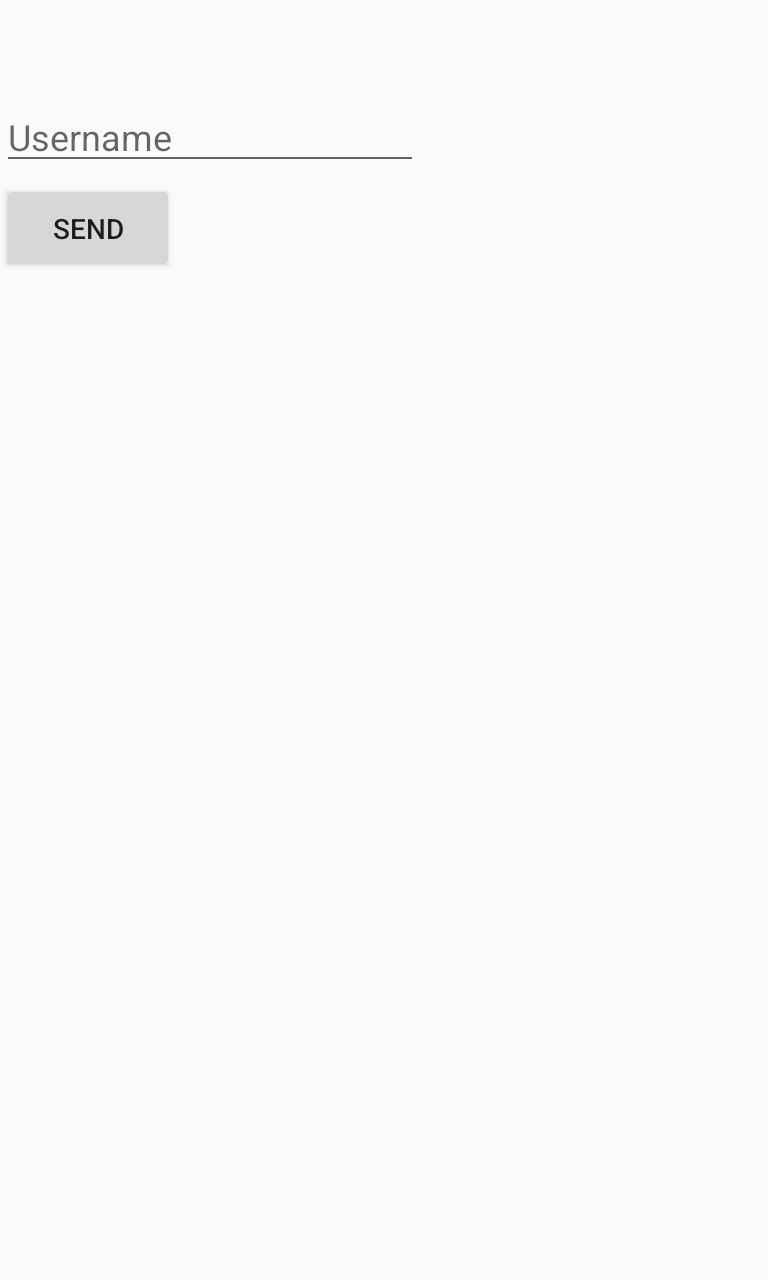
Repository: Sagarsaurus/Ecco
Layout: Ecco/res/layout/activity_home.xml
These files come from the project's save history. The layout is drawn as it stood at one moment and after the next save; the edit follows.
It is drawn on a 768 x 1280 px phone screen (xhdpi) without system bars, with theme AppTheme; the app's code is not run.

Above is the layout before, as saved 2014-11-17 02:32:16.

### Ecco/res/layout/activity_home.xml
<!-- A DrawerLayout is intended to be used as the top-level content view using match_parent for both width and height to consume the full space available. --><android.support.v4.widget.DrawerLayout xmlns:android="http://schemas.android.com/apk/res/android"
    xmlns:tools="http://schemas.android.com/tools"
    android:id="@+id/drawer_layout"
    android:layout_width="match_parent"
    android:layout_height="match_parent"
    tools:context="com.application.ecco.HomeActivity" >

    <!--
         As the main content view, the view below consumes the entire
         space available using match_parent in both dimensions.
    -->



    <FrameLayout
        android:id="@+id/container"
        android:layout_width="match_parent"
        android:layout_height="match_parent" >

    <EditText
        android:id="@+id/sendFriendRequest"
        android:layout_width="wrap_content"
        android:layout_height="wrap_content"
        android:layout_marginTop="46dp"
        android:ems="10"
        android:hint="@string/Username"/>

        <Button
            android:id="@+id/sendRequest"
            android:layout_width="wrap_content"
            android:layout_height="wrap_content"
            android:layout_marginTop="90dp"
            android:onClick="sendRequest"
            android:text="Send" />

    </FrameLayout>

    <!--
         android:layout_gravity="start" tells DrawerLayout to treat
         this as a sliding drawer on the left side for left-to-right
         languages and on the right side for right-to-left languages.
         If you're not building against API 17 or higher, use
         android:layout_gravity="left" instead.
    -->
    <!--
         The drawer is given a fixed width in dp and extends the full height of
         the container.
    -->

    <fragment
        android:id="@+id/navigation_drawer"
        android:name="com.application.ecco.NavigationDrawerFragment"
        android:layout_width="@dimen/navigation_drawer_width"
        android:layout_height="match_parent"
        android:layout_gravity="start"
        tools:layout="@layout/fragment_navigation" />

</android.support.v4.widget.DrawerLayout>

### Ecco/res/values/strings.xml
<?xml version="1.0" encoding="utf-8"?>
<resources>

    <string name="app_name">Ecco</string>
    <string name="hello_world">Hello world!</string>
    <string name="action_settings">Settings</string>
    <string name="Username">Username</string>
    <string name="Password">Password</string>
    <string name="Login">Login</string>
    <string name="createUser">Create User</string>
    <string name="title_activity_home">HomeActivity</string>
    <string name="title_section1">Section 1</string>
    <string name="title_section2">Section 2</string>
    <string name="title_section3">Section 3</string>
    <string name="navigation_drawer_open">Open navigation drawer</string>
    <string name="navigation_drawer_close">Close navigation drawer</string>
    <string name="action_example">Example action</string>
    <string name="title_activity_create_user">CreateUserActivity</string>
    <string name="Email">Email</string>
    <string name="Phone">Phone</string>
    <string name="emailhint">user@email.com</string>
    <string name="phonehint">123-456-7890</string>

</resources>

### Ecco/res/layout/fragment_navigation.xml
<ListView xmlns:android="http://schemas.android.com/apk/res/android"
    xmlns:tools="http://schemas.android.com/tools"
    android:layout_width="match_parent"
    android:layout_height="match_parent"
    android:background="#cccc"
    android:choiceMode="singleChoice"
    android:divider="@android:color/transparent"
    android:dividerHeight="0dp"
    tools:context="com.application.ecco.NavigationDrawerFragment" />

Loaded but not shown: Ecco/res/values/styles.xml (common file); Ecco/res/values-v11/styles.xml (common file); Ecco/res/values-v14/styles.xml (common file); Ecco/res/values/dimens.xml (common file)

After the next save:
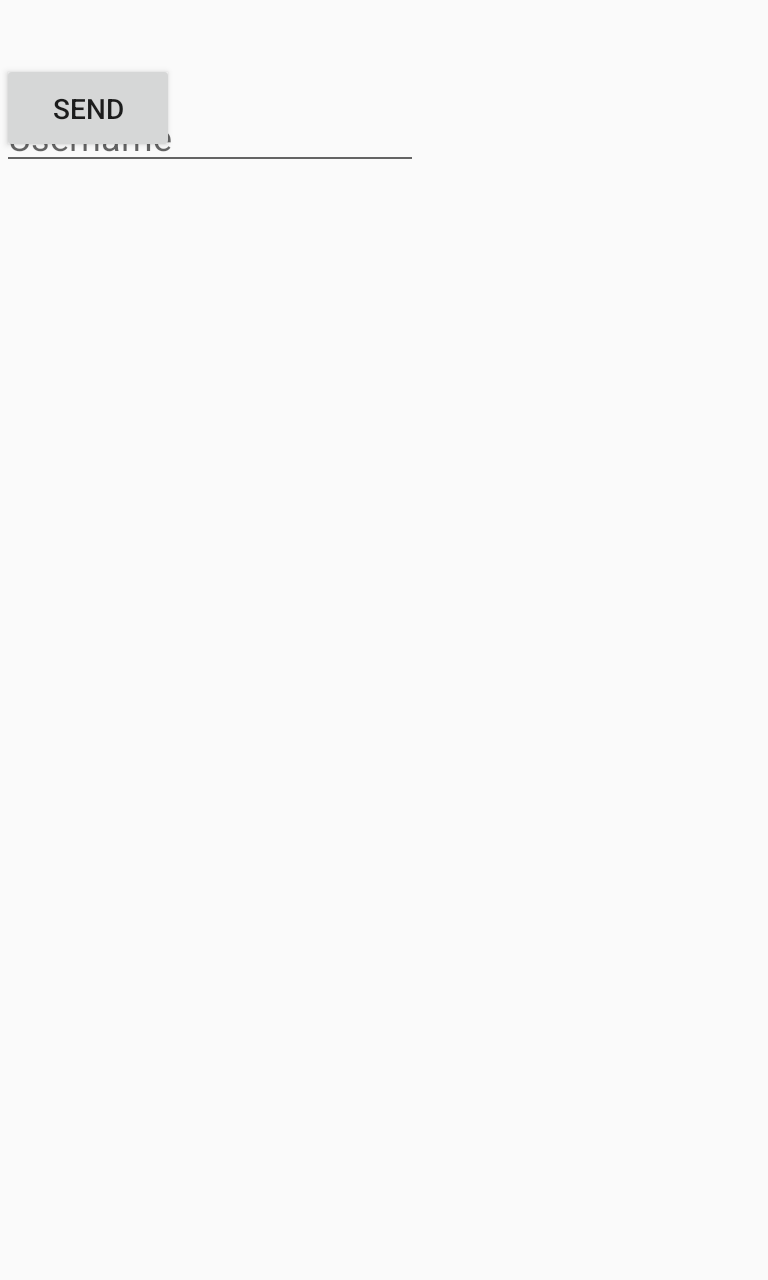
Saved 7 s later.
--- a/Ecco/res/layout/activity_home.xml
+++ b/Ecco/res/layout/activity_home.xml
@@ -26,12 +26,12 @@
         android:hint="@string/Username"/>
 
         <Button
-            android:id="@+id/sendRequest"
-            android:layout_width="wrap_content"
-            android:layout_height="wrap_content"
-            android:layout_marginTop="90dp"
-            android:onClick="sendRequest"
-            android:text="Send" />
+        android:id="@+id/sendRequest"
+        android:onClick="sendRequest"
+        android:layout_width="wrap_content"
+        android:layout_height="wrap_content"
+        android:layout_marginTop="30dp"
+        android:text="Send" />
 
     </FrameLayout>
 

After the save that followed:
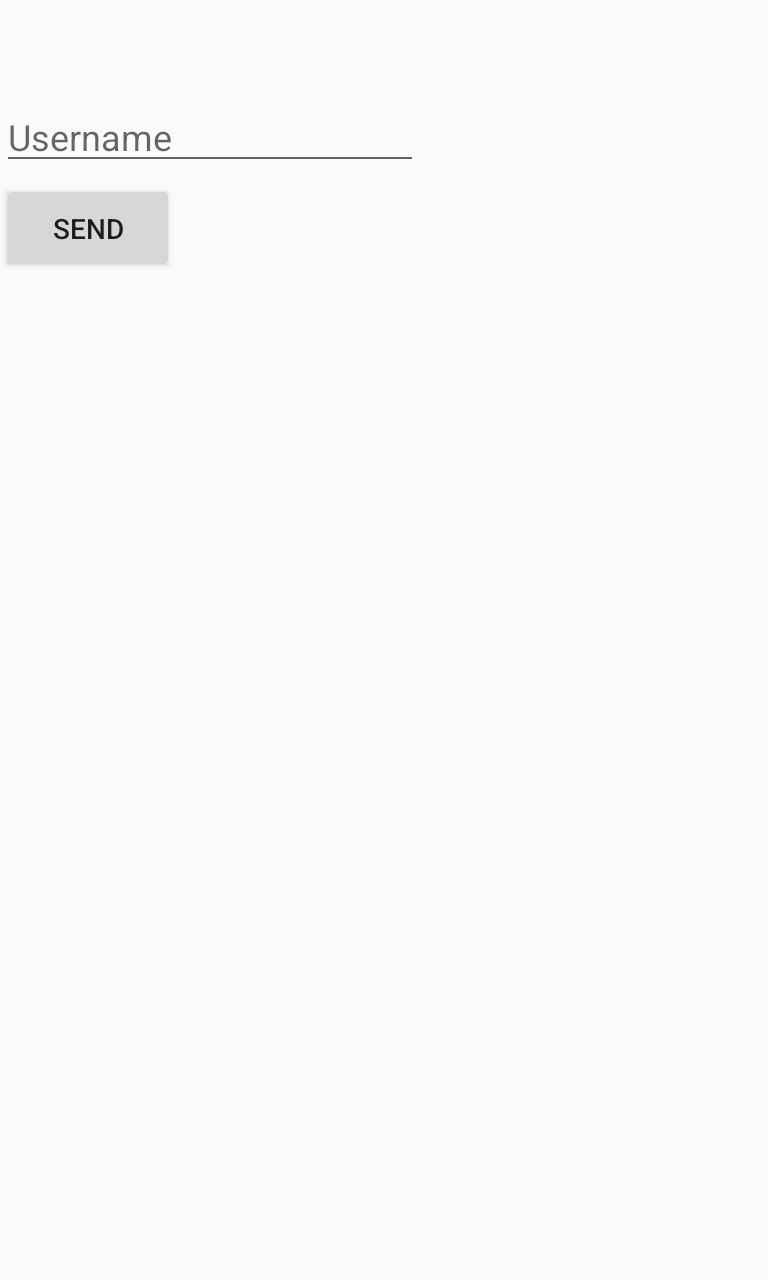
Saved 59 s later.
--- a/Ecco/res/layout/activity_home.xml
+++ b/Ecco/res/layout/activity_home.xml
@@ -30,7 +30,7 @@
         android:onClick="sendRequest"
         android:layout_width="wrap_content"
         android:layout_height="wrap_content"
-        android:layout_marginTop="30dp"
+        android:layout_marginTop="90dp"
         android:text="Send" />
 
     </FrameLayout>
